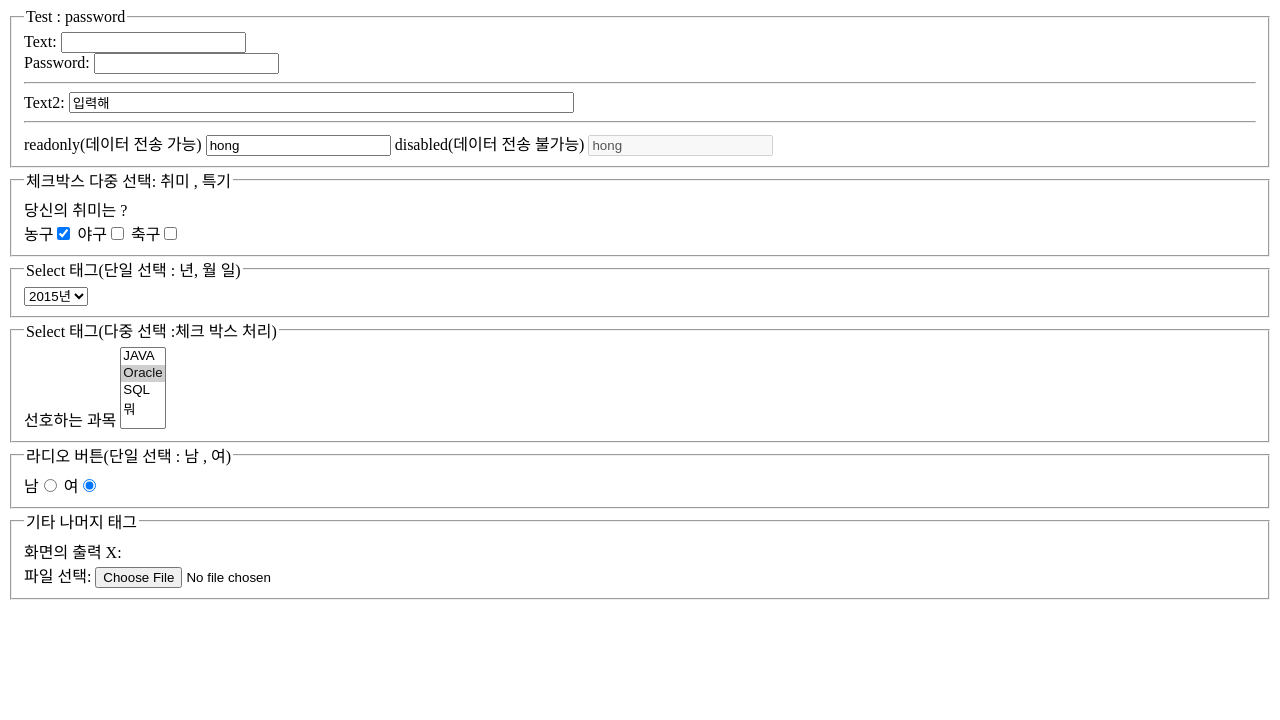
Repository: poomshen/team_03_project2
Page: WebBasic/WebContent/Ex18_Form_Input.html
The author's editor kept a copy of each file at every save. The page is drawn from the files as they stood at one save, then again after the next save.
The browser window is 1280 px wide. The pictures show the whole page.

Above is the page before, as saved 2016-08-29 03:18:52.

### WebBasic/WebContent/Ex18_Form_Input.html
<!DOCTYPE html>
<html>
<head>
<meta charset="UTF-8">
<title>(Form - input)</title>
</head>
<body>
	<form action="">
		<fieldset>
				<legend> Test : password</legend>
				<!-- 목적 : 입력데이터 전송 고유한 이름 name ="" -->
				Text: <input type="text" name="suerid"><br>
				Password: <input type="password"  name="userpwd" maxlength="5"><br>
				<hr>
				Text2:  <input type="text" name="data" maxlength="10" size="60px" value="입력해"><br>
				<hr>
				readonly(데이터 전송 가능)
				<input type="text" name ="data2" value="hong" readonly>
				disabled(데이터 전송 불가능)
				<input type="text" name ="data2" value="hong"  disabled="disabled">
		</fieldset>

		<fieldset>
			<legend>체크박스 다중 선택: 취미 , 특기</legend>
			당신의 취미는 ?  <br>
			<!--  -->
			농구<input type="checkbox" name="sports_1" value ="A" checked>
			야구<input type="checkbox" name="sports_2" value ="B">
			축구<input type="checkbox" name="sports_3" value ="C">
		</fieldset>
	</form>
	<fieldset>
		<legend>Select 태그(단일 선택 : 년, 월 일)</legend>
		<select  name="year">
			<option value="2016">2016년</option>
			<option value="2015" selected="selected">2015년</option>
			<option value="2014">2014년</option>
			<option value="2013">2013년</option>
		</select>
	</fieldset>
	<fieldset>
		<legend>Select 태그(다중 선택 :체크 박스 처리)</legend>
		선호하는 과목
		<select  name="items" multiple="multiple">
			<option value="01" >JAVA</option>
			<option value="02" selected="selected">Oracle</option>
			<option value="03">SQL</option>
			<option value="04">뭐</option>
		</select>
	</fieldset>
	<fieldset>
		<legend>라디오 버튼(단일 선택 : 남 , 여)</legend>
		남<input type="radio" name = "gender" value="1">
		여<input type="radio" name = "gender" value="2" checked="checked">
	</fieldset>
	<fieldset>
		<legend>기타 나머지 태그</legend>
		화면의 출력 X:
		<input type="hidden" value="1000" name="hidata"><br>
		파일 선택:
		<input type="file" name="uploadimage">
	</fieldset>
</body>
</html>

After the next save:
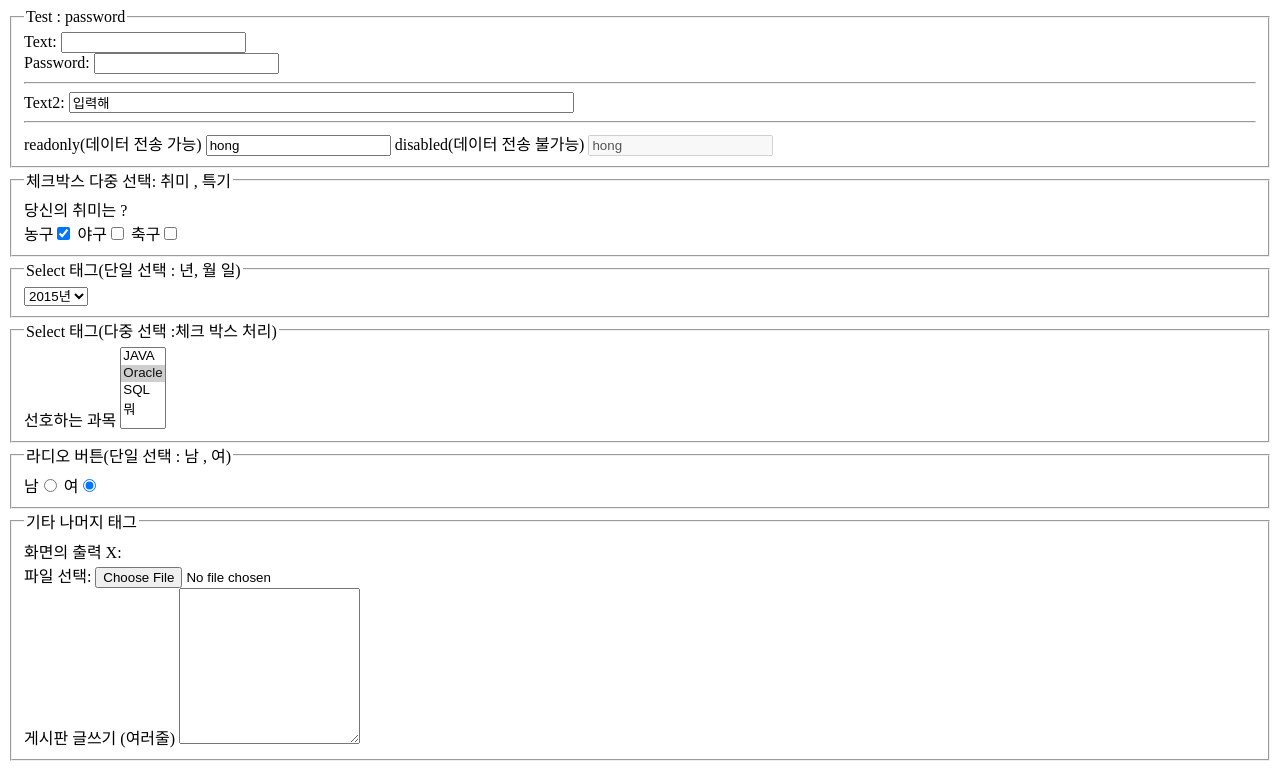
Saved 90 s later.
--- a/WebBasic/WebContent/Ex18_Form_Input.html
+++ b/WebBasic/WebContent/Ex18_Form_Input.html
@@ -59,6 +59,9 @@
 		<input type="hidden" value="1000" name="hidata"><br>
 		파일 선택:
 		<input type="file" name="uploadimage">
+		<br>
+		게시판 글쓰기 (여러줄)
+		<textarea rows="10" cols="20"></textarea>
 	</fieldset>
 </body>
 </html>
